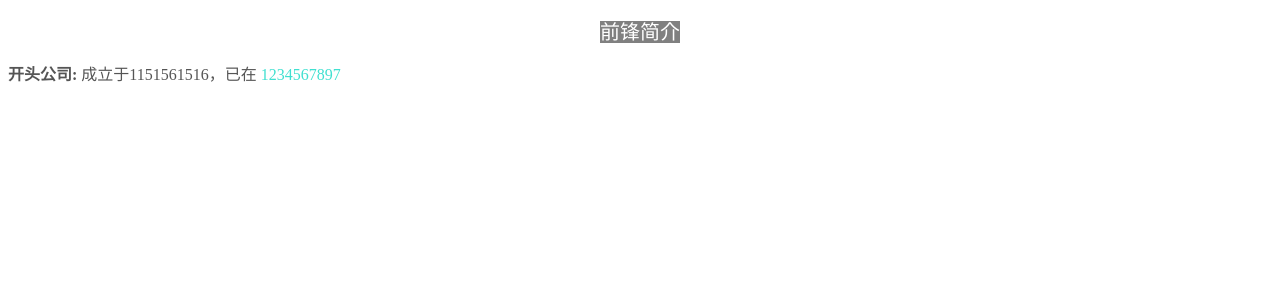
Repository: fixbb/workspace
Page: 009引入span/index.html
An editor plug-in stored every save of this project. The page is shown before and after the next save, followed by the edit.
The browser window is 1280 px wide. The pictures show the whole page.

Above is the page before, as saved 2021-08-25 19:19:50.

### 009引入span/index.html
<!DOCTYPE html>
<html lang="en">

<head>
    <meta charset="UTF-8">
    <meta http-equiv="X-UA-Compatible" content="IE=edge">
    <meta name="viewport" content="width=device-width, initial-scale=1.0">
    <title>Document</title>
</head>

<body>
    <!-- span作为一个容器标签，不具备任何特殊功能，仅当作容器来使用。用于包裹一段文本，便于给文本增加样式。
        b标签用于给文本内容加粗。
        div作为一个通用的容器标签不具备任何特殊功能，进当作容器来使用，可以包括任何内容，也可以容器直接互相包裹。
    -->
    <div style="color: #555">
        <p style="text-align: center;">
            <span style="background-color: gray; color: white; font-size: 20px;">
                前锋简介
            </span>
        </p>
        <p>
            <b>开头公司:</b>
            成立于1151561516，已在
            <span style="color: turquoise;">
                1234567897
            </span>
        </p>
    </div>

</body>

</html>

After the next save:
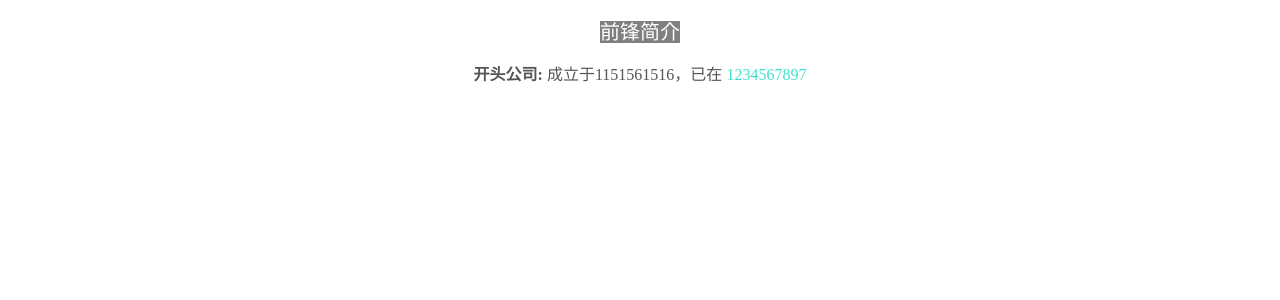
Saved 19 min 49 s later.
--- a/009引入span/index.html
+++ b/009引入span/index.html
@@ -13,7 +13,7 @@
         b标签用于给文本内容加粗。
         div作为一个通用的容器标签不具备任何特殊功能，进当作容器来使用，可以包括任何内容，也可以容器直接互相包裹。
     -->
-    <div style="color: #555">
+    <div style="color: #555; text-align: center;">
         <p style="text-align: center;">
             <span style="background-color: gray; color: white; font-size: 20px;">
                 前锋简介
